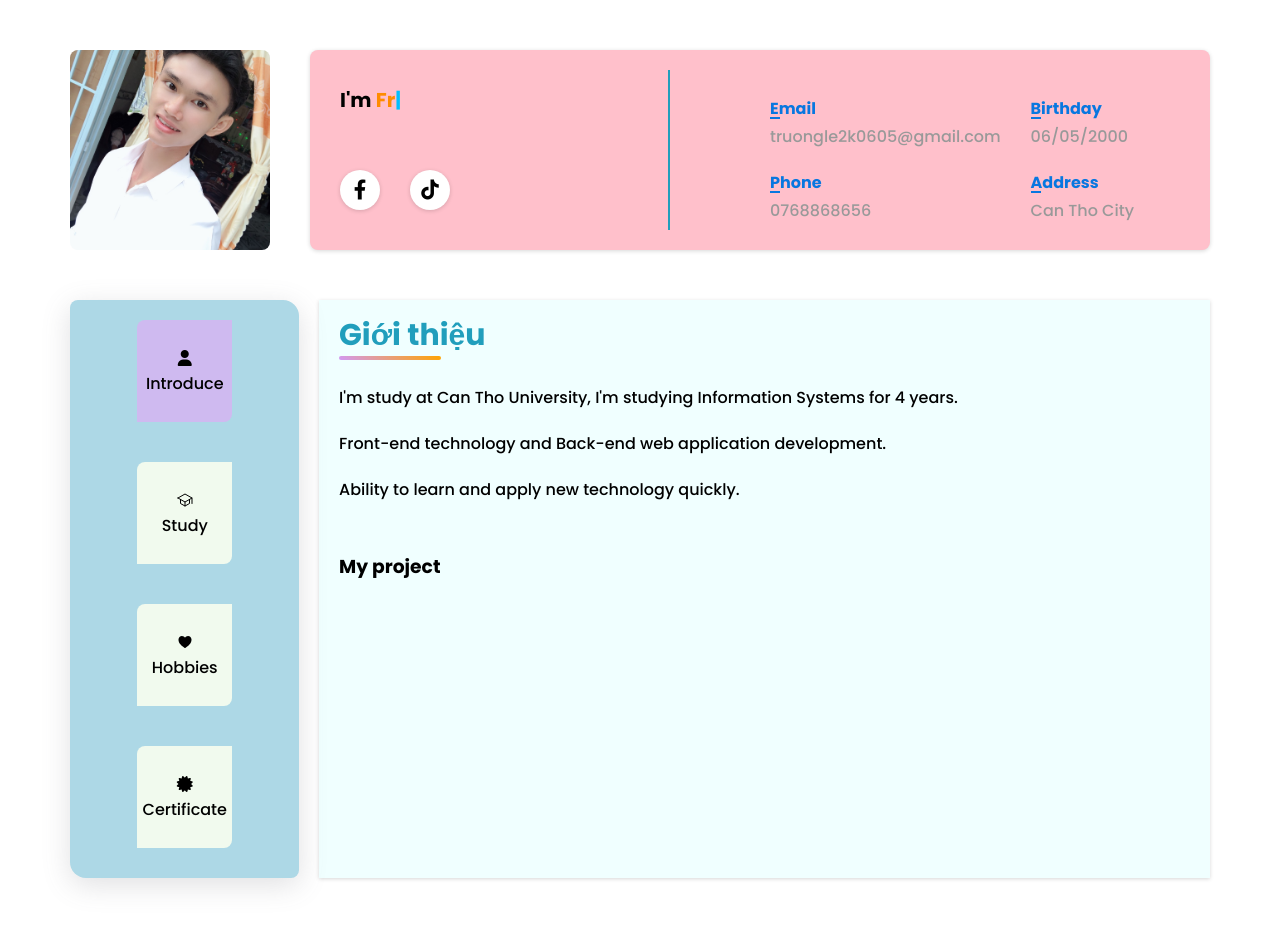
Repository: TruongLe2k0605/CodeCV
Page: cv.html
The author's editor kept a copy of each file at every save. The page is drawn from the files as they stood at one save, then again after the next save.
The browser window is 1280 px wide. The pictures show the whole page.
Some web fonts or font styles are not loaded; a fallback is used. Some web libraries are served in a nearby version.

Above is the page before, as saved 2022-03-30 16:52:19.
Not found: img/project-tic-tac-toe.png

### cv.html
<!DOCTYPE html>
<html lang="en">
  <head>
    <meta charset="UTF-8" />
    <meta http-equiv="X-UA-Compatible" content="IE=edge" />
    <meta name="viewport" content="width=device-width, initial-scale=1.0" />
    <title>CV | Le Nhat Truong</title>
    <link rel="preconnect" href="https://fonts.googleapis.com" />
    <link rel="preconnect" href="https://fonts.gstatic.com" crossorigin />
    <link rel="shortcut icon" type="image/png" href="/img/logo.ico" />
    <link
      href="https://fonts.googleapis.com/css2?family=Poppins:wght@300;500;600;700&display=swap"
      rel="stylesheet"
    />
    <link
      rel="stylesheet"
      href="https://cdnjs.cloudflare.com/ajax/libs/font-awesome/6.1.0/css/all.min.css"
      integrity="sha512-10/jx2EXwxxWqCLX/hHth/vu2KY3jCF70dCQB8TSgNjbCVAC/8vai53GfMDrO2Emgwccf2pJqxct9ehpzG+MTw=="
      crossorigin="anonymous"
      referrerpolicy="no-referrer"
    />
    <link rel="preconnect" href="https://fonts.googleapis.com" />
    <link rel="preconnect" href="https://fonts.gstatic.com" crossorigin />

    <link
      href="https://fonts.googleapis.com/css2?family=Hurricane&family=Poppins:wght@300;500;600;700&display=swap"
      rel="stylesheet"
    />
    <script
      type="module"
      src="https://unpkg.com/ionicons@5.5.2/dist/ionicons/ionicons.esm.js"
    ></script>
    <script
      nomodule
      src="https://unpkg.com/ionicons@5.5.2/dist/ionicons/ionicons.js"
    ></script>
    <link rel="stylesheet" href="./css/reset.css" />
    <link rel="stylesheet" href="./css/cv.css" />
  </head>
  <body>
    <div class="wrapper">
      <header class="about">
        <img src="./image/truongle.jpg" alt="" class="about-img" />

        <div class="about-info">
          <div class="about-content">
            <h2 class="about-name">I'm <span class="line-name"></span></h2>

            <div class="social-list">
              <a
                href="https://www.facebook.com/profile.php?id=100026598735786"
                data-name="Facebook"
                class="social-item"
              >
                <i class="fa-brands fa-facebook-f social-link"></i>
              </a>
              <a href="#!" class="social-item" data-name="Tiktok">
                <i class="fa-brands fa-tiktok social-link"></i>
              </a>

            </div>
          </div>

          <div class="contact-list">
            <div class="contact-item">
              <span>Email</span>
              <span>truongle2k0605@gmail.com</span>
            </div>
            <div class="contact-item">
              <span>Birthday</span>
              <span>06/05/2000</span>
            </div>
            <div class="contact-item">
              <span>Phone</span>
              <span>0768868656</span>
            </div>
            <div class="contact-item">
              <span>Address</span>
              <span>Can Tho City</span>
            </div>
          </div>
        </div>
      </header>

      <div class="navbar">
        <ul class="navbar-list">
          <li class="navbar-item active" data-idx="1">
            <i class="fa-solid fa-user"></i>
            <span>Introduce</span>
          </li>
          <li class="navbar-item" data-idx="2">
            <ion-icon name="school-outline"></ion-icon>
            <span>Study</span>
          </li>
          <li class="navbar-item" data-idx="3">
            <ion-icon name="heart"></ion-icon>
            <span>Hobbies</span>
          </li>
          <li class="navbar-item" data-idx="4">
            <i class="fa-solid fa-certificate"></i>
            <span>Certificate</span>
          </li>
        </ul>

        <ul class="information-list">
          <li class="information-item active" data-idx="1">
            <h3 class="intro">Giới thiệu</h3>
            <div class="intro-list">
              <p>
                I'm study at Can Tho University, I'm studying Information
                Systems for 4 years.
              </p>
              <p>
                Front-end technology and Back-end web application development.
              </p>
              <p>Ability to learn and apply new technology quickly.</p>
            </div>
            <h3 class="project-name">My project</h3>
            <div class="project-list">


              <div class="project-item">
                <a
                  href="https://truongle2k0605.github.io/OnePage/"
                  class="project-link"
                >
                  <img src="./img/project-tic-tac-toe.png" alt="" />
                </a>
              </div>
            </div>
          </li>
          <li class="information-item" data-idx="2">
            <h4 class="information-education intro">Education</h4>
            <div class="education-list">
              <div class="education-item">
                <h4 class="education-name">Can Tho University</h4>
                <span>2018 - nay</span>
              </div>
              <div class="education-item">
                <h4 class="education-name">F8</h4>
                <span>2019 - nay</span>
              </div>
              <div class="education-item">
                <h4 class="education-name">Evondev</h4>
                <span>2020 - nay</span>
              </div>
            </div>
            <div class="skills">
              <h3 class="skills-title">Skills</h3>
              <ul class="skills-list">
                <li class="skills-item">HTML & CSS</li>
                <li class="skills-item">Javascript</li>
                <li class="skills-item">PHP</li>
                <li class="skills-item">Git</li>
                <li class="skills-item">Bootstrap</li>
                <li class="skills-item">HTML & CSS</li>
                <li class="skills-item">Javascript</li>
                <li class="skills-item">PHP</li>
                <li class="skills-item">Git</li>
                <li class="skills-item">Bootstrap</li>
                <!-- <li class="skills-item">Sass</li> -->
              </ul>
            </div>
          </li>
          <li class="information-item">
            <h4 class="information-hobbies intro">Hobbies</h4>
            <ul class="hobbies-list">
              <li class="hobbies-item">
                <div class="hobbies-title">
                  <img src="./image/nhac.jpg" alt="" />
                  Play Music
                </div>
                <div class="hobbies-content">
                  <img src="./img/spotify.png" alt="" class="hobbies-img" />
                  <p class="hobbies-desc">
                    I usually listen to music to release stress.
                  </p>
                </div>
              </li>
              <li class="hobbies-item">
                <div class="hobbies-title">
                  <img
                    src="./image/anh-bong-chuyen-dep_034939462.jpg"
                    alt=""
                    class="hobbies-img__small"
                  />
                  Play Sport
                </div>
                <div class="hobbies-content">
                  <img src="./image/thuan-4159-1430374227.jpg" alt="" class="hobbies-img" />
                  <p class="hobbies-desc">
                    Playing volleyball are very good for your health.
                  </p>
                </div>
              </li>
            </ul>
          </li>
        </ul>
      </div>
    </div>
    <script src="https://cdn.jsdelivr.net/npm/typed.js@2.0.12"></script>
    <script src="./js/starter.js"></script>
  </body>
</html>

### css/reset.css
*,
*::before,
*::after {
  box-sizing: border-box;
}
* {
  margin: 0;
}

html,
body {
  height: 100%;
}
body {
  line-height: 1.5;
  -webkit-font-smoothing: antialiased;
  -webkit-tap-highlight-color: rgba(0, 0, 0, 0);
}

img,
picture,
video,
canvas,
svg {
  display: block;
  max-width: 100%;
}
input,
button,
textarea,
select {
  font: inherit;
  outline: none;
  border: none;
}
p,
h1,
h2,
h3,
h4,
h5,
h6 {
  overflow-wrap: break-word;
}
a {
  text-decoration: none;
}

### css/cv.css
* {
  margin: 0;
  padding: 0;
  box-sizing: border-box;
}

body {
  font-family: "Poppins", sans-serif;
  line-height: 1;
  font-size: 16px;
}

ul,
li {
  list-style-type: none;
}

.wrapper {
  max-width: 1140px;
  width: 100%;
  margin: 0 auto;
  padding-bottom: 50px;
}

.about {
  display: flex;
  justify-content: center;
  align-items: center;
  gap: 0 40px;
  margin: 50px auto;
  max-width: 900px;
}
.about-img {
  width: 200px;
  border-radius: 8px;
  height: 200px;
  object-fit: cover;
  flex-shrink: 0;
}
.about-info {
  box-shadow: rgba(0, 0, 0, 0.16) 0px 1px 4px;
  padding: 20px 30px;
  height: 200px;
  display: flex;
  align-items: center;
  gap: 0 10px;
  border-radius: 8px;
  flex: 0 0 100%;
  position: relative;
  background-color:#FFC0CB;
}
.about-info::after {
  content: "";
  position: absolute;
  width: 2px;
  height: 80%;
  background-color:#219ebc;
  left: 40%;
  transform: translateX(-100%);
}
.about-content {
  flex: 0 0 50%;
}
.about-name {
  margin-bottom: 10px;
  font-size: 20px;
}
.about-employ {
  display: block;
  padding-bottom: 15px;
  color: #0877e0;
}
.about-desc {
  line-height: 1.4;
}

.contact-list {
  margin-top: 20px;
  display: grid;
  grid-template-columns: 1fr 1fr;
  flex: 1 0 50%;
  grid-gap: 30px;
}
.contact-item {
  display: flex;
  flex-direction: column;
  gap: 10px;
}
.contact-item span:first-child {
  color:#0877e0;
  font-weight: bold;
  width: 10px;
  border-bottom: 2px solid #0877e0;
}
.contact-item span:nth-child(2) {
  color: #999;
}

.social-list {
  margin-top: 60px;
  display: flex;
  gap: 0 30px;
}
.social-item {
  transition: all 0.2s linear;
  color: #000;
  font-size: 20px;
  width: 40px;
  height: 40px;
  display: flex;
  justify-content: center;
  align-items: center;
  border-radius: 100rem;
  box-shadow: rgba(0, 0, 0, 0.16) 0px 1px 4px;
  background-color: #fff;
}
.social-item:hover {
  background-color: #200120;
  color: #fff;
}

.tooltip-text {
  position: fixed;
  background-color: #ffa400;
  transition: all 0.2s linear;
  padding: 10px;
  border-radius: 8px;
}

.tooltip-text::after {
  content: "";
  position: absolute;
  border-left: 10px solid transparent;
  border-right: 10px solid transparent;
  border-top: 10px solid #0877e0;
  left: 50%;
  transform: translate(-50%, 255%);
}

.line-name {
  color:darkorange;
}

.typed-cursor {
  color:#00BFFF;
}

.navbar {
  width: 100%;
  display: flex;
  justify-content: space-between;
  gap: 0 20px;
}
.navbar-list {
  border-radius: 8px 16px 8px 16px;
  width: 25%;
  padding: 20px;
  box-shadow: rgba(100, 100, 111, 0.2) 0px 7px 29px 0px;
  gap: 30px;
  display: flex;
  flex-direction: column;
  align-items: center;
  background-color:#ADD8E6;
  backdrop-filter: blur(0.3px);
}
.navbar-item {
  transition: all 0.2s linear;
  cursor: pointer;
  background-color: #f1faee;
  display: inline-flex;
  align-items: center;
  justify-content: center;
  flex-direction: column;
  width: 50%;
  padding: 30px;
  gap: 10px;
  margin-bottom: 10px;
  border-radius: 8px 0 8px 0;
  transition: all 0.2s linear;
}
.navbar-item.active {
  background-color: #cfbaf0;
}
.navbar-item > * {
  pointer-events: none;
}

.information-list {
  width: 100%;
  padding: 20px;
  box-shadow: rgba(0, 0, 0, 0.16) 0px 1px 4px;
  transition: all 0.2s linear;
  background-color:azure;
}
.information-item {
  display: none;
}
.information-item.active {
  animation: fadeIn 1s forwards 1 cubic-bezier(0.47, 0, 0.745, 0.715);
  display: block;
}

@keyframes fadeIn {
  from {
    transform: scale(0);
  }
  to {
    transform: scale(1);
  }
}
.intro {
  display: inline-block;
  font-size: 30px;
  color: #219ebc;
  margin-bottom: 40px;
  position: relative;
}
.intro::after {
  content: "";
  position: absolute;
  width: 70%;
  bottom: -10px;
  left: 0;
  background: linear-gradient(216deg, #ffa400 0%, #d198f5 100%);
  height: 4px;
  border-radius: 66px;
}

.project-name {
  margin: 60px 0;
}
.project-list {
  display: grid;
  grid-template-columns: repeat(3, 1fr);
  grid-gap: 15px;
}
.project-item {
  transition: all 0.2s linear;
}
.project-item:hover {
  transform: translateY(-15px);
}
.project-item:nth-child(odd):hover {
  border-bottom-right-radius: 4px;
  border-bottom: 4px solid #219ebc;
  border-right: 4px solid #219ebc;
}
.project-item:nth-child(even):hover {
  border-top-left-radius: 4px;
  border-top: 4px solid #219ebc;
  border-left: 4px solid #219ebc;
}

.education-list {
  padding: 0 30px;
  margin: 0 30px;
  display: flex;
  flex-direction: column;
  gap: 20px;
  position: relative;
  margin-bottom: 50px;
}
.education-list::before {
  content: "";
  position: absolute;
  left: -1%;
  z-index: 9;
  top: 50%;
  width: 20px;
  transform: translateY(-50%);
  height: 20px;
  border-radius: 100%;
  background-color: #219ebc;
  border: 2px solid #ccc;
  box-shadow: rgba(149, 157, 165, 0.2) 0px 8px 24px;
}
.education-list::after {
  position: absolute;
  content: "";
  width: 3px;
  height: 100%;
  left: 0;
  background-color: #ccc;
}
.education-item::after {
  content: "";
  position: absolute;
  left: -1%;
  z-index: 9;
  top: 0;
  width: 20px;
  height: 20px;
  border-radius: 100%;
  background-color: #219ebc;
  border: 2px solid #ccc;
  box-shadow: rgba(149, 157, 165, 0.2) 0px 8px 24px;
}
.education-item::before {
  content: "";
  position: absolute;
  left: -1%;
  z-index: 9;
  bottom: 0;
  width: 20px;
  height: 20px;
  border-radius: 100%;
  background-color: #219ebc;
  border: 2px solid #ccc;
  box-shadow: rgba(149, 157, 165, 0.2) 0px 8px 24px;
}

.skills-title {
  margin-bottom: 30px;
}
.skills-list {
  height: 200px;
  display: flex;
  flex-direction: column;
  gap: 30px 0;
  flex-wrap: wrap;
  margin: 0 30px;
  padding: 0 30px;
  position: relative;
}
.skills-list::after {
  position: absolute;
  content: "";
  width: 3px;
  height: 100%;
  left: 0;
  background-color: #ccc;
}
.skills-item:first-child:after {
  content: "";
  position: absolute;
  left: -1%;
  z-index: 9;
  top: 0;
  width: 20px;
  height: 20px;
  border-radius: 100%;
  background-color: #219ebc;
  border: 2px solid #ccc;
  box-shadow: rgba(149, 157, 165, 0.2) 0px 8px 24px;
}
.skills-item::before {
  content: "";
  position: absolute;
  left: -1%;
  z-index: 9;
  bottom: 0;
  width: 20px;
  height: 20px;
  border-radius: 100%;
  background-color: #219ebc;
  border: 2px solid #ccc;
  box-shadow: rgba(149, 157, 165, 0.2) 0px 8px 24px;
}
.skills-item:nth-child(2) {
  position: relative;
}
.skills-item:nth-child(2):before {
  content: "";
  position: absolute;
  left: -38px;
  z-index: 9;
  bottom: 0px;
  width: 20px;
  height: 20px;
  border-radius: 100%;
  background-color: #219ebc;
  border: 2px solid #ccc;
  box-shadow: rgba(149, 157, 165, 0.2) 0px 8px 24px;
}
.skills-item:nth-child(3) {
  position: relative;
}
.skills-item:nth-child(3):before {
  content: "";
  position: absolute;
  left: -38px;
  z-index: 9;
  bottom: 0px;
  width: 20px;
  height: 20px;
  border-radius: 100%;
  background-color: #219ebc;
  border: 2px solid #ccc;
  box-shadow: rgba(149, 157, 165, 0.2) 0px 8px 24px;
}
.skills-item:nth-child(4) {
  position: relative;
}
.skills-item:nth-child(4):before {
  content: "";
  position: absolute;
  left: -38px;
  z-index: 9;
  bottom: 0px;
  width: 20px;
  height: 20px;
  border-radius: 100%;
  background-color: #219ebc;
  border: 2px solid #ccc;
  box-shadow: rgba(149, 157, 165, 0.2) 0px 8px 24px;
}

.intro-list {
  display: flex;
  flex-direction: column;
  gap: 30px;
}

.hobbies-title {
  display: flex;
  align-items: center;
  gap: 0 20px;
  font-size: 20px;
  color: #333;
  margin-bottom: 5px;
}
.hobbies-list {
  display: flex;
  flex-direction: column;
  gap: 100px;
}
.hobbies-content {
  display: flex;
  align-items: center;
  gap: 0 20px;
}
.hobbies-img {
  height: 100px;
  width: 200px;
  object-fit: cover;
  border-radius: 8px;
}
.hobbies-img__small {
  width: 50px;
  height: 50px;
  object-fit: cover;
  object-position: center;
  border-radius: 8px;
}

/*# sourceMappingURL=app.css.map */

### js/starter.js
var type = new Typed(".line-name", {
  strings: ["Le Nhat Truong", "Frontend Developer"],
  loop: true,
  typeSpeed: 150,
  backSpeed: 50,
  cursorChar: "|",
});

const socialItems = document.querySelectorAll(".social-item");
const informationItems = document.querySelectorAll(".information-item");
const navbarItems = document.querySelectorAll(".navbar-item");

// Tooltip
[...socialItems].forEach((item) =>
  item.addEventListener("mouseenter", handleShowToolTip)
);

function handleShowToolTip(e) {
  const tooltip = document.createElement("div");
  tooltip.className = "tooltip-text";
  tooltip.textContent = e.target.dataset.name;
  document.body.appendChild(tooltip);
  const cords = e.target.getBoundingClientRect();
  const triangle = 10;
  const { left, top, width, height } = cords;
  tooltip.style.left = `${left - width / 2}px`;
  tooltip.style.top = `${top - triangle - tooltip.offsetHeight}px`;
  if (e.target.dataset.name === "Facebook") {
    tooltip.style.backgroundColor = "#3B5999";
  } else if (e.target.dataset.name === "Tiktok") {
    tooltip.style.backgroundColor = "#E1306C";
  } else {
    tooltip.style.backgroundColor = "#e9c46a";
  }
}

[...socialItems].forEach((item) =>
  item.addEventListener("mouseleave", function () {
    const tooltip = document.querySelector(".tooltip-text");
    if (tooltip) {
      tooltip.parentNode.removeChild(tooltip);
    }
  })
);

// NavbarItem
[...navbarItems].forEach((navbar, idx) => {
  navbar.addEventListener("click", function () {
    console.log(idx);
    // Lấy được index của element ta click vào
    const item = informationItems[idx];
    [...navbarItems].forEach((item) => item.classList.remove("active"));
    this.classList.add("active");
    [...informationItems].forEach((info) => info.classList.remove("active"));
    item.classList.add("active");
  });
});

// function handleToggleActive(e) {
//   [...navbarItems].forEach((item) => item.classList.remove("active"));
//   e.target.classList.add("active");
//   console.log(e.target.dataset.idx);
// }

After the next save:
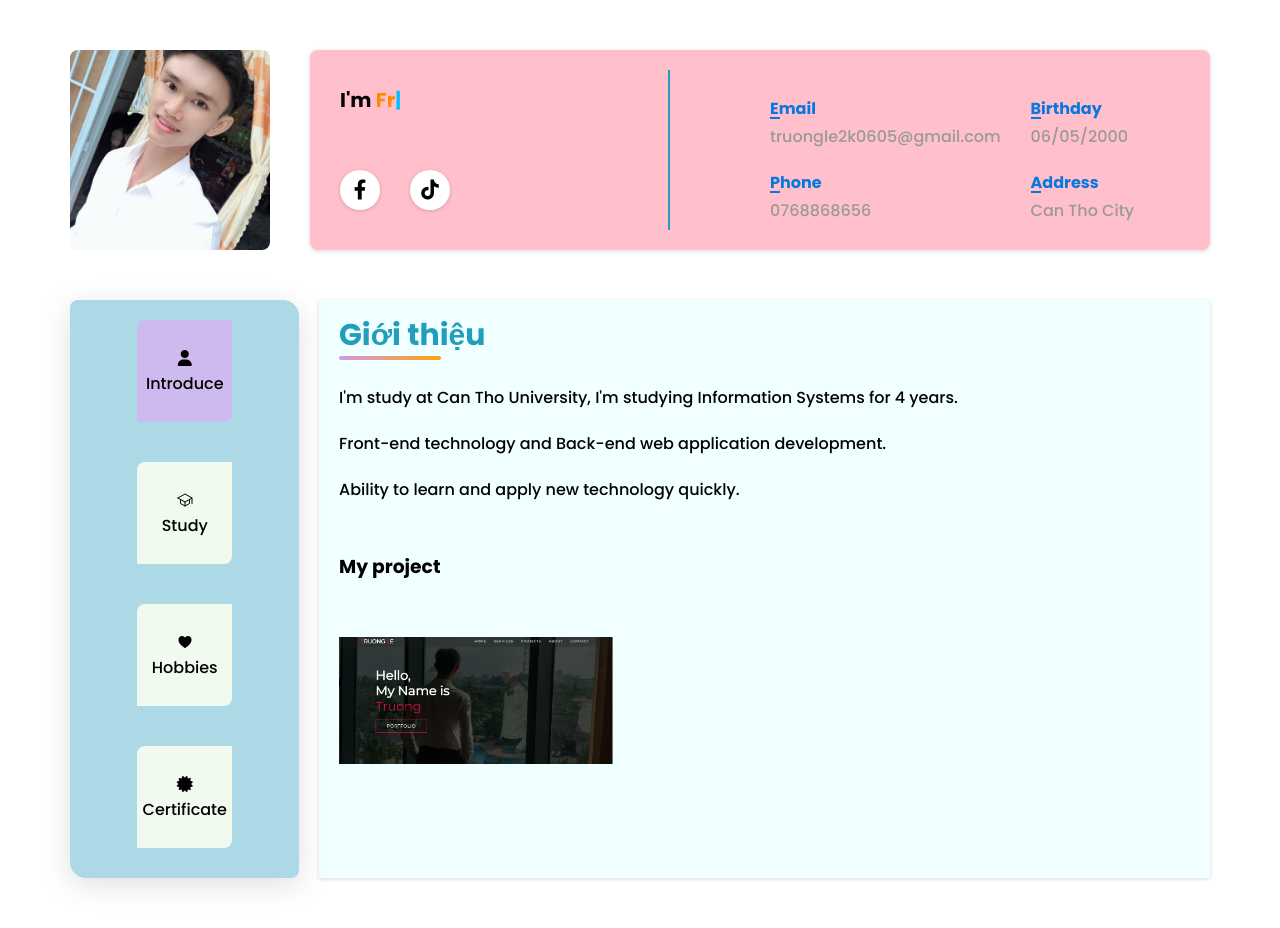
Saved 77 s later.
--- a/cv.html
+++ b/cv.html
@@ -124,7 +124,7 @@
                   href="https://truongle2k0605.github.io/OnePage/"
                   class="project-link"
                 >
-                  <img src="./img/project-tic-tac-toe.png" alt="" />
+                  <img src="./image/onepage.png" alt="" />
                 </a>
               </div>
             </div>
